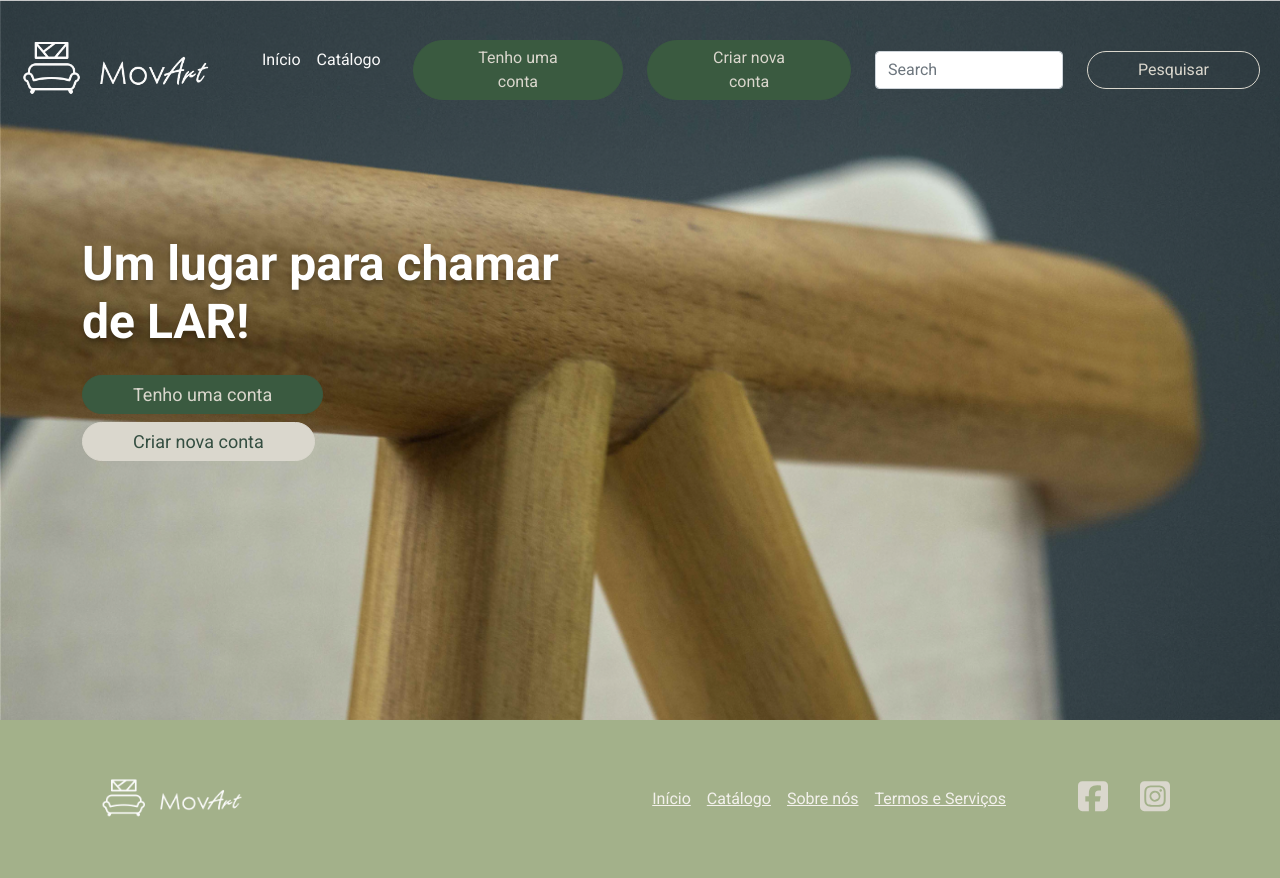
Repository: telesbp/Projeto-4-e-Projeto-5
Page: / (app in front-end/)
These files come from the project's save history. The page is drawn as it stood at one moment and after the next save; the edit follows.
The browser window is 1280 px wide. The pictures show the whole page.
The project was rebuilt for these pictures with package versions that can differ from the ones it lists, and the page was loaded fresh each time.

Above is the page before, as saved 2022-07-19 19:56:26.

After the next save:
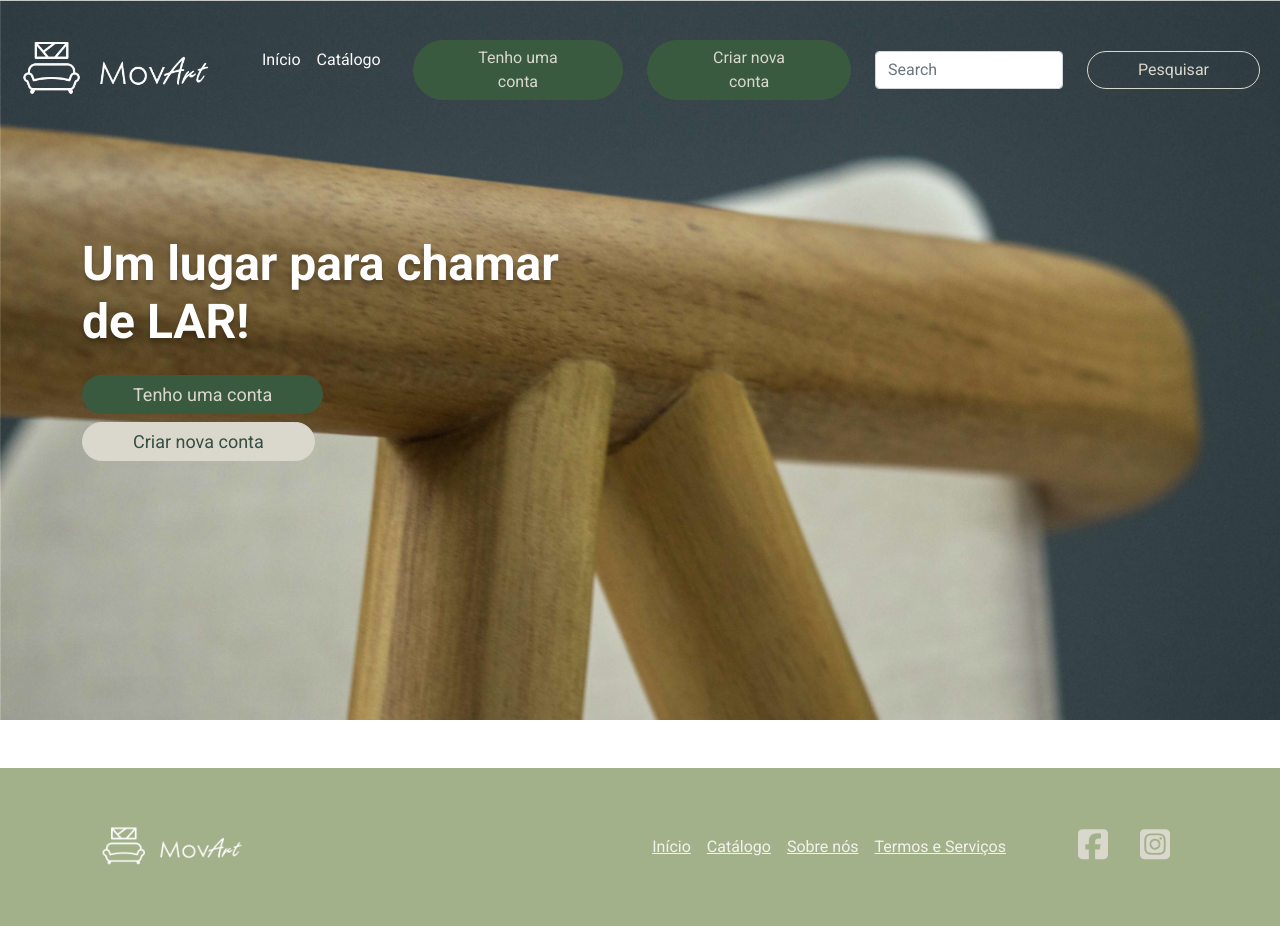
Saved 3 min 16 s later.
--- a/front-end/src/components/Layout/Footer.tsx
+++ b/front-end/src/components/Layout/Footer.tsx
@@ -5,9 +5,13 @@ import { Link } from "react-router-dom";
 import styled from "styled-components";
 import LogoBrand from "../../assets/img/logobranca.png"
 
-export function Footer () {
+type Props ={
+    withoutMargin?: boolean
+}
+
+export function Footer ({withoutMargin = false}: Props) {
     return(
-        <FooterStyled>
+        <FooterStyled className={`${withoutMargin ? "" : "mt-5"}`} >
             <Container className="d-flex p-4 justify-content-center align-items-center">
                 <Link to="/" className="me-lg-auto" >
                     <img src={LogoBrand} alt="MovArt" width={170} height={80}/>

After the 2 saves that followed:
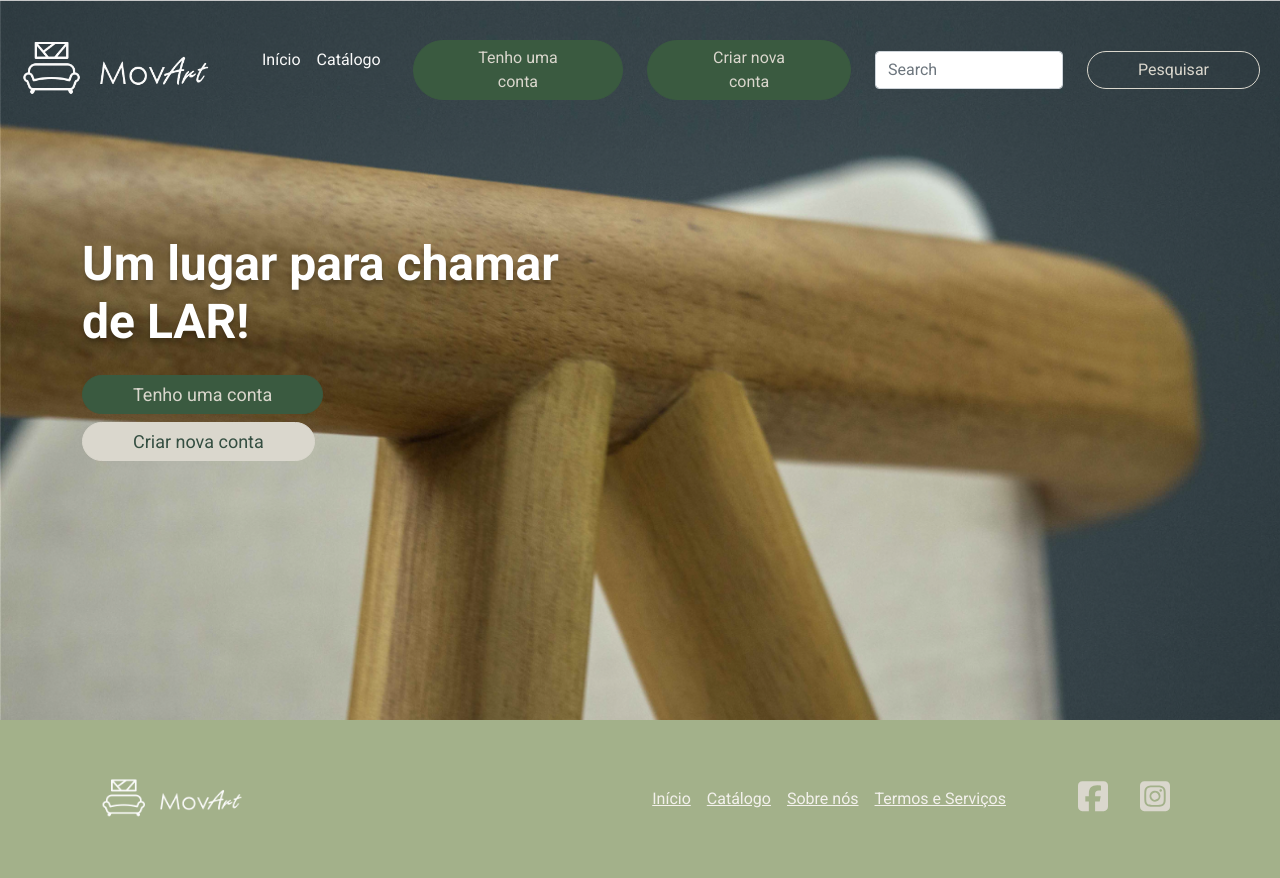
The 2 saves are shown as one change because 1 left the picture as it was.
The last was saved 2 min 7 s later.
--- a/front-end/src/views/Home/index.tsx
+++ b/front-end/src/views/Home/index.tsx
@@ -6,7 +6,7 @@ import { Layout } from "../../components/Layout";
 
 export function HomeView(){
     return(
-        <Layout startTransparent>
+        <Layout startTransparent withoutMargin>
             <Banner className="vh-100">
                 <Container className="h-100 d-flex flex-column justify-content-center align-items-center align-items-lg-start">
                     <Title className="text-center text-white text-lg-start mt-auto mt-lg-0 ">Um lugar para chamar de LAR!</Title>
--- a/front-end/src/components/Layout/index.tsx
+++ b/front-end/src/components/Layout/index.tsx
@@ -5,18 +5,19 @@ import { Header } from "./Header"
 type Props = {
     children: React.ReactNode
     startTransparent?: boolean
+    withoutMargin?: boolean
 }
 
 type MainProps = Pick<Props, "startTransparent">
 
-export const Layout: React.FC<Props> = ({children, startTransparent}) => {
+export const Layout: React.FC<Props> = ({children, startTransparent, withoutMargin}) => {
     return (
         <>
             <Header startTransparent={startTransparent}/>
             <MainStyled startTransparent={startTransparent}>
                 {children}
             </MainStyled>
-            <Footer/>
+            <Footer withoutMargin={withoutMargin} />
         </>
     )
 }
